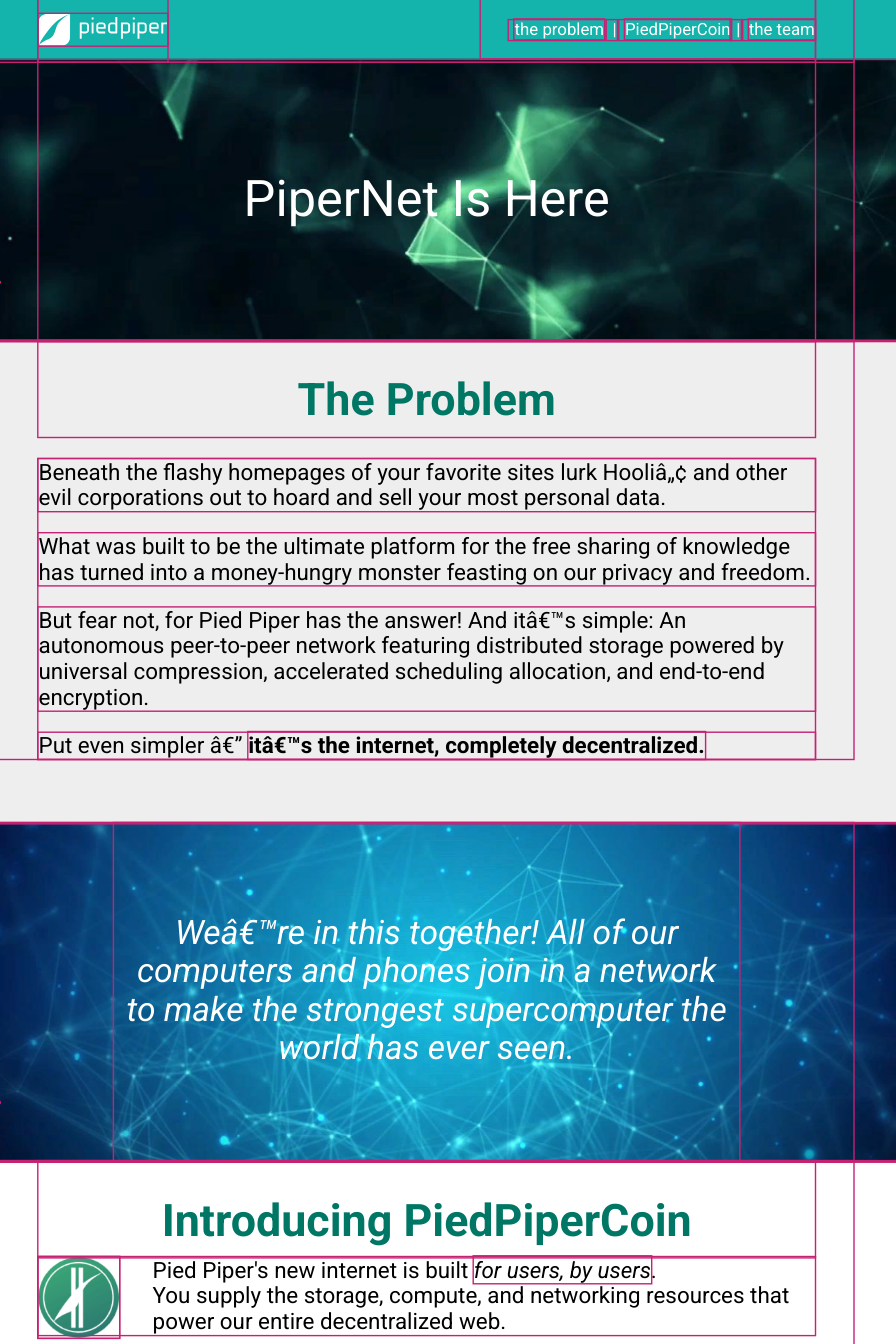
Repository: armus503/Pip_Piper
Page: Pip_Piper.html
The author's editor kept a copy of each file at every save. The page is drawn from the files as they stood at one save, then again after the next save.
The browser window is 1280 px wide. The pictures show the part of the page from y = 0 to 1920 px (the page is 3271 px tall), at 70% of full size.

Above is the page before, as saved 2021-07-21 00:33:25.

### Pip_Piper.html
<!DOCTYPE html>
<html lang="en">

<head>
    <link rel="preconnect" href="https://fonts.gstatic.com">
    <link href="https://fonts.googleapis.com/css2?family=Roboto:ital,wght@0,100;0,300;0,400;0,500;0,700;0,900;1,100;1,300;1,400;1,500;1,700;1,900&display=swap" rel="stylesheet">
    <link href="Pip_Piper.css" rel="stylesheet" type="text/css">
    <meta charset: "utf-8">
    <title>PiperNet Is Here</title>
</head>

<body>
    <header class="header">
        <div class="main-content">
            <nav class="header-nav">
                <a class="header__logo" href=""><img src="logo.svg" alt="PiperNet Is Here"></a>
                <ul class="header__list">
                    <li class="header__item">
                        <a href="#anchor-the_Problem" class="header__active">the problem</a>
                    </li>
                    <li class="header__item">|</li>
                    <li class="header__item">
                        <a href="#anchor-pied_Piper_Coin" class="header__active">PiedPiperCoin</a>
                        <li class="header__item">|</li>
                        <li class="header__item">
                            <a href="#anchor-the_Team" class="header__active">the team</a>
                        </li>
                    </li>
                </ul>
            </nav>
        </div>
    </header>
    <main class="main">
        <section id="anchor-logo" class="jumbotron">
            <div class="main-content">
                <div class="text-jumbotron">PiperNet Is Here</div>
            </div>
        </section>
        <div class="anchor">
            <a id="anchor-the_Problem" class="anchor__link"></a>
        </div>
        <section class="the_Problem">
            <div class="main-content">
                <h2 class="title-the_Problem">The Problem</h2>
                <div class="text-the_Problem">
                    <p>Beneath the flashy homepages of your favorite sites lurk Hooli™ and other evil corporations out to hoard and sell your most personal data.</p>
                    <p>What was built to be the ultimate platform for the free sharing of knowledge has turned into a money-hungry monster feasting on our privacy and freedom.</p>
                    <p>But fear not, for Pied Piper has the answer! And it’s simple: An autonomous peer-to-peer network featuring distributed storage powered by universal compression, accelerated scheduling allocation, and end-to-end encryption.</p>
                    <p>Put even simpler — <strong>it’s the internet, completely decentralized.</strong></p>
                </div>
            </div>
        </section>
        <section class="hero">
            <div class="main-content">
                <div class="text-hero">We’re in this together! All of our</br> computers and phones join in a network</br> to make the strongest supercomputer the world has ever seen.</div>
            </div>
        </section>
        <div class="anchor">
            <a id="anchor-pied_Piper_Coin" class="anchor__link"></a>
        </div>
        <section class="pied_Piper_Coin">
            <div class="main-content">
                <h2 class="title-pied_Piper_Coin">Introducing PiedPiperCoin</h2>
                <a href="#anchor-logo" class="pied_Piper_Coin__logo__link">
                    <img src="PPC Logo.png" class="pied_Piper_Coin__logo__img" alt="PPC Logo">
                </a>
                <div class="paragraph_1-pied_Piper_Coin">Pied Piper's new internet is built <i>for users, by users</i>.</br> You supply the storage, compute, and networking resources that power our entire decentralized web.</div>
                <div class="paragraph_2-pied_Piper_Coin">
                    <p>Now there's a way to give credit where credit is due. Compute credit, that is! The more you share your device resources, the more PiedPiperCoin you receive.</p>
                    <p>Whether you're a developer with an app ready for market, or just an Average Joe with a smartphone you'll love all you can do with PiedPiperCoin.</p>
                </div>
            </div>
        </section>
        <div class="anchor">
            <a id="anchor-the_Team" class="anchor__link"></a>
        </div>
        <section class="the_Team">
            <div class="main-content">
                <h2 class="the_Team__header">The Team</h2>
                <div class="block-card-the_Team">
                    <div class="card-the_Team__Richard_Hendrics card-the_Team">
                        <div class="card-the_Team__icon">
                            <img src="Richard_Hendrics.png">
                        </div>
                        <div class="card-the_Team__name">Richard Hendricks</div>
                        <div class="card-the_Team__post">Founder & CEO</div>
                    </div>
                    <div class="card-the_Team__Dinesh_Chugtai card-the_Team">
                        <div class="card-the_Team__icon">
                            <img src="Dinesh_Chugtai.png">
                        </div>
                        <div class="card-the_Team__name">Dinesh Chugtai</div>
                        <div class="card-the_Team__post">Senior Programmer</div>
                    </div>
                    <div class="card-the_Team__Bertram_Gilfoyle card-the_Team">
                        <div class="card-the_Team__icon">
                            <img src="Bertram_Gilfoyle.png">
                        </div>
                        <div class="card-the_Team__name">Bertram Gilfoyle</div>
                        <div class="card-the_Team__post">Chief Systems Architect</div>
                    </div>
                    <div class="card-the_Team__Jared_Dunn card-the_Team">
                        <div class="card-the_Team__icon">
                            <img src="Jared_Dunn.png">
                        </div>
                        <div class="card-the_Team__name">Jared Dunn</div>
                        <div class="card-the_Team__post">Chief Operating Officer</div>
                    </div>
                    <div class="card-the_Team__Monica_Hall card-the_Team">
                        <div class="card-the_Team__icon">
                            <img src="Monica_Hall.png">
                        </div>
                        <div class="card-the_Team__name">Monica Hall</div>
                        <div class="card-the_Team__post">Chief Financial Officer</div>
                    </div>
                    <div class="card-the_Team__Nelson_Bighetti card-the_Team">
                        <div class="card-the_Team__icon">
                            <img src="Nelson_Bighetti.png">
                        </div>
                        <div class="card-the_Team__name">Nelson Bighetti</div>
                        <div class="card-the_Team__post">Majority Investor</div>
                    </div>
                </div>
        </section>
        </div>
    </main>
    <footer class="footer">
        <div class="main-content">
            <div class="text-footer">All other trademarks and copyrights are the property of their respective owners. Use of these names, trademarks and brands does not imply endorsement.</div>
        </div>
    </footer>
    </div>
</body>

### Pip_Piper.css
/*! normalize.css v8.0.1 | MIT License | github.com/necolas/normalize.css */


/* Document
   ========================================================================== */


/**
 * 1. Correct the line height in all browsers.
 * 2. Prevent adjustments of font size after orientation changes in iOS.
 */

html {
    line-height: 1.15;
    /* 1 */
    -webkit-text-size-adjust: 100%;
    /* 2 */
}


/* Sections
     ========================================================================== */


/**
   * Remove the margin in all browsers.
   */

body {
    margin: 0;
}


/**
   * Render the `main` element consistently in IE.
   */

main {
    display: block;
}


/**
   * Correct the font size and margin on `h1` elements within `section` and
   * `article` contexts in Chrome, Firefox, and Safari.
   */

h1 {
    font-size: 2em;
    margin: 0.67em 0;
}


/* Grouping content
     ========================================================================== */


/**
   * 1. Add the correct box sizing in Firefox.
   * 2. Show the overflow in Edge and IE.
   */

hr {
    box-sizing: content-box;
    /* 1 */
    height: 0;
    /* 1 */
    overflow: visible;
    /* 2 */
}


/**
   * 1. Correct the inheritance and scaling of font size in all browsers.
   * 2. Correct the odd `em` font sizing in all browsers.
   */

pre {
    font-family: monospace, monospace;
    /* 1 */
    font-size: 1em;
    /* 2 */
}


/* Text-level semantics
     ========================================================================== */


/**
   * Remove the gray background on active links in IE 10.
   */

a {
    background-color: transparent;
}


/**
   * 1. Remove the bottom border in Chrome 57-
   * 2. Add the correct text decoration in Chrome, Edge, IE, Opera, and Safari.
   */

abbr[title] {
    border-bottom: none;
    /* 1 */
    text-decoration: underline;
    /* 2 */
    text-decoration: underline dotted;
    /* 2 */
}


/**
   * Add the correct font weight in Chrome, Edge, and Safari.
   */

b,
strong {
    font-weight: bolder;
}


/**
   * 1. Correct the inheritance and scaling of font size in all browsers.
   * 2. Correct the odd `em` font sizing in all browsers.
   */

code,
kbd,
samp {
    font-family: monospace, monospace;
    /* 1 */
    font-size: 1em;
    /* 2 */
}


/**
   * Add the correct font size in all browsers.
   */

small {
    font-size: 80%;
}


/**
   * Prevent `sub` and `sup` elements from affecting the line height in
   * all browsers.
   */

sub,
sup {
    font-size: 75%;
    line-height: 0;
    position: relative;
    vertical-align: baseline;
}

sub {
    bottom: -0.25em;
}

sup {
    top: -0.5em;
}


/* Embedded content
     ========================================================================== */


/**
   * Remove the border on images inside links in IE 10.
   */

img {
    border-style: none;
}


/* Forms
     ========================================================================== */


/**
   * 1. Change the font styles in all browsers.
   * 2. Remove the margin in Firefox and Safari.
   */

button,
input,
optgroup,
select,
textarea {
    font-family: inherit;
    /* 1 */
    font-size: 100%;
    /* 1 */
    line-height: 1.15;
    /* 1 */
    margin: 0;
    /* 2 */
}


/**
   * Show the overflow in IE.
   * 1. Show the overflow in Edge.
   */

button,
input {
    /* 1 */
    overflow: visible;
}


/**
   * Remove the inheritance of text transform in Edge, Firefox, and IE.
   * 1. Remove the inheritance of text transform in Firefox.
   */

button,
select {
    /* 1 */
    text-transform: none;
}


/**
   * Correct the inability to style clickable types in iOS and Safari.
   */

button,
[type="button"],
[type="reset"],
[type="submit"] {
    -webkit-appearance: button;
}


/**
   * Remove the inner border and padding in Firefox.
   */

button::-moz-focus-inner,
[type="button"]::-moz-focus-inner,
[type="reset"]::-moz-focus-inner,
[type="submit"]::-moz-focus-inner {
    border-style: none;
    padding: 0;
}


/**
   * Restore the focus styles unset by the previous rule.
   */

button:-moz-focusring,
[type="button"]:-moz-focusring,
[type="reset"]:-moz-focusring,
[type="submit"]:-moz-focusring {
    outline: 1px dotted ButtonText;
}


/**
   * Correct the padding in Firefox.
   */

fieldset {
    padding: 0.35em 0.75em 0.625em;
}


/**
   * 1. Correct the text wrapping in Edge and IE.
   * 2. Correct the color inheritance from `fieldset` elements in IE.
   * 3. Remove the padding so developers are not caught out when they zero out
   *    `fieldset` elements in all browsers.
   */

legend {
    box-sizing: border-box;
    /* 1 */
    color: inherit;
    /* 2 */
    display: table;
    /* 1 */
    max-width: 100%;
    /* 1 */
    padding: 0;
    /* 3 */
    white-space: normal;
    /* 1 */
}


/**
   * Add the correct vertical alignment in Chrome, Firefox, and Opera.
   */

progress {
    vertical-align: baseline;
}


/**
   * Remove the default vertical scrollbar in IE 10+.
   */

textarea {
    overflow: auto;
}


/**
   * 1. Add the correct box sizing in IE 10.
   * 2. Remove the padding in IE 10.
   */

[type="checkbox"],
[type="radio"] {
    box-sizing: border-box;
    /* 1 */
    padding: 0;
    /* 2 */
}


/**
   * Correct the cursor style of increment and decrement buttons in Chrome.
   */

[type="number"]::-webkit-inner-spin-button,
[type="number"]::-webkit-outer-spin-button {
    height: auto;
}


/**
   * 1. Correct the odd appearance in Chrome and Safari.
   * 2. Correct the outline style in Safari.
   */

[type="search"] {
    -webkit-appearance: textfield;
    /* 1 */
    outline-offset: -2px;
    /* 2 */
}


/**
   * Remove the inner padding in Chrome and Safari on macOS.
   */

[type="search"]::-webkit-search-decoration {
    -webkit-appearance: none;
}


/**
   * 1. Correct the inability to style clickable types in iOS and Safari.
   * 2. Change font properties to `inherit` in Safari.
   */

::-webkit-file-upload-button {
    -webkit-appearance: button;
    /* 1 */
    font: inherit;
    /* 2 */
}


/* Interactive
     ========================================================================== */


/*
   * Add the correct display in Edge, IE 10+, and Firefox.
   */

details {
    display: block;
}


/*
   * Add the correct display in all browsers.
   */

summary {
    display: list-item;
}


/* Misc
     ========================================================================== */


/**
   * Add the correct display in IE 10+.
   */

template {
    display: none;
}


/**
   * Add the correct display in IE 10.
   */

[hidden] {
    display: none;
}


/*My styles*/

.body {
    font-family: 'Roboto', sans-serif;
    font-size: 32px;
    line-height: 1.2;
    font-weight: regular;
    color: #000000;
    background-size: cover;
    background-position: center center;
    box-sizing: border-box;
    margin: 0, auto;
    width: 100%;
}

.main {
    background-size: cover;
    background-position: center center;
    margin: 0, auto;
    box-sizing: border-box;
    width: 100%;
}

.main-content {
    width: 1219px;
    padding-left: 55px;
    padding-right: 55px;
    background-size: cover;
    background-position: center center;
    margin: 0, auto;
    box-sizing: border-box;
}

.anchor {
    position: relative;
}

.anchor__link {
    position: absolute;
    display: block;
    top: -84px;
}


/*header styles start*/

.header {
    font-family: 'Roboto', sans-serif;
    background-color: #14b3ab;
    position: fixed;
    height: 84px;
    width: 100%;
    font-style: medium;
}

.header__logo {
    display: inline-block;
    padding-top: 20px;
    padding-bottom: 19px;
    margin: 0, auto;
}

.header-nav {
    display: inline-block;
    width: 1109px;
}

.header__list {
    display: inline-block;
    float: right;
    padding-top: 29px;
    padding-bottom: 26px;
    margin: 0;
}

.header__item {
    list-style-type: none;
    display: inline-block;
    font-size: 24px;
    color: white;
    font-weight: medium;
    padding-left: 8px;
}

.header__active {
    text-decoration: none;
    color: white;
    font-weight: medium;
}


/*header styles end*/


/*section jumbotron styles start*/

.jumbotron {
    background-image: url("image(1).png");
    background-size: auto 100%;
    background-position: center center;
    margin: 0, auto;
    box-sizing: border-box;
    font-family: 'Roboto', sans-serif;
    min-width: 100%;
}

.text-jumbotron {
    color: #ffffff;
    font-weight: medium;
    font-size: 72px;
    text-align: center;
    padding-top: 244px;
    padding-bottom: 160px;
    max-width: 1219px;
}


/*section jumbotron styles end*/


/*div the problem styles start*/

.the_Problem {
    font-family: 'Roboto', sans-serif;
    background-color: #eeeeee;
    box-sizing: border-box;
    background-size: cover;
    background-position: center center;
    padding-bottom: 1px;
    margin: auto;
}

.title-the_Problem {
    font-weight: medium;
    font-size: 64px;
    color: #007765;
    text-align: center;
    padding: 48px 0px 16px 0px;
    margin: auto;
}

.text-the_Problem {
    font-weight: regular;
    font-size: 32px;
    color: #000000;
    margin-bottom: 91px;
}


/*div the problem styles end*/


/*div hero styles start*/

.hero {
    font-family: 'Roboto', sans-serif;
    background-image: url("image.png");
    background-size: cover;
    background-position: center center;
    margin: 0, auto;
    max-width: 100%;
    box-sizing: border-box;
}

.text-hero {
    font-weight: medium;
    font-style: italic;
    font-size: 48px;
    color: #ffffff;
    text-align: center;
    width: 893px;
    height: 228px;
    padding-top: 128px;
    padding-bottom: 127px;
    margin: auto;
}


/*div hero styles end*/


/*div ppc styles start*/

.pied_Piper_Coin {
    font-family: 'Roboto', sans-serif;
    background-size: cover;
    background-position: center center;
    margin: auto;
}

.title-pied_Piper_Coin {
    font-weight: medium;
    font-size: 64px;
    color: #007765;
    text-align: center;
    padding: 48px 0px 16px 0px;
    margin: auto;
}

.paragraph_1-pied_Piper_Coin {
    font-weight: regular;
    font-size: 32px;
    color: #000000;
    text-align: left;
    margin-bottom: 40px;
}

.paragraph_2-pied_Piper_Coin {
    font-weight: regular;
    font-size: 32px;
    color: #000000;
    text-align: left;
    margin-bottom: 92px;
}

.pied_Piper_Coin__logo__img {
    float: left;
    margin-right: 48px;
    margin-bottom: 33px;
    width: 115px;
    height: 115px;
}


/*div ppc styles end*/


/*div theTeam styles start*/

.the_Team {
    background-size: cover;
    background-position: center center;
    box-sizing: border-box;
    font-family: 'Roboto', sans-serif;
    background-color: #eeeeee;
    padding-bottom: 1px;
    margin: auto;
}

.the_Team__header {
    font-weight: medium;
    font-size: 64px;
    color: #007765;
    text-align: center;
    padding: 48px 0px 32px 0px;
    margin-bottom: 32px;
    margin: auto;
}

.card-the_Team {
    display: inline-block;
    padding-bottom: 28px;
    margin: 0, auto;
    box-sizing: border-box;
}

.card-the_Team__Richard_Hendrics,
.card-the_Team__Dinesh_Chugtai {
    display: inline-block;
    margin-bottom: 30px;
    margin-right: 25px;
}

.card-the_Team__Bertram_Gilfoyle {
    display: inline-block;
    margin-bottom: 30px;
}

.card-the_Team__Jared_Dunn,
.card-the_Team__Monica_Hall {
    display: inline-block;
    margin-right: 25px;
}

.card-the_Team__Nelson_Bighetti {
    display: inline-block;
}

.card-the_Team__icon {
    width: 168px;
    height: 168px;
    margin: auto;
    padding: 24px 91px 14px 91px;
}

.card-the_Team__name {
    font-weight: bold;
    font-size: 24px;
    color: #007765;
    text-align: center;
}

.card-the_Team__post {
    font-style: italic;
    font-size: 18px;
    color: #000000;
    text-align: center;
    margin: 0px;
}

.block-card-the_Team {
    margin-bottom: 93px;
}


/*div the_team styles end*/


/*footer styles start*/

.footer {
    font-family: 'Roboto', sans-serif;
    background-color: #333333;
    margin: 0, auto;
    padding-top: 50px;
    padding-bottom: 1px;
    box-sizing: border-box;
    width: 100%;
}

.text-footer {
    font-weight: regular;
    font-size: 18px;
    color: #ffffff;
    text-align: center;
    max-width: 540px;
    margin: auto;
    margin-bottom: 61px;
}


/*footer styles end*/

* {
    outline: 2px solid rgb(197, 34, 116);
}

After the next save:
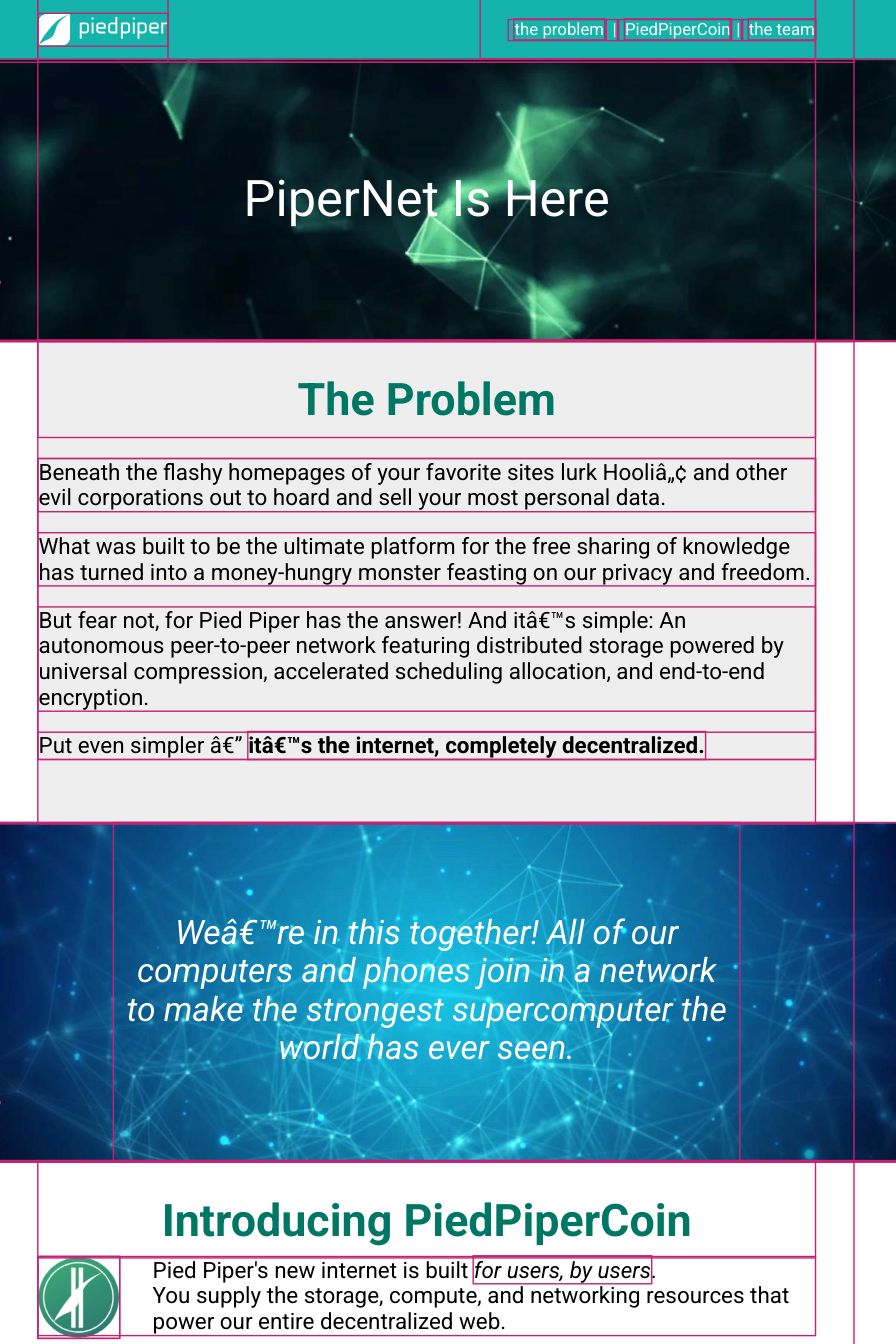
Saved 40 s later.
--- a/Pip_Piper.html
+++ b/Pip_Piper.html
@@ -39,8 +39,9 @@
         <div class="anchor">
             <a id="anchor-the_Problem" class="anchor__link"></a>
         </div>
-        <section class="the_Problem">
-            <div class="main-content">
+        <div class="main-content">
+            <section class="the_Problem">
+
                 <h2 class="title-the_Problem">The Problem</h2>
                 <div class="text-the_Problem">
                     <p>Beneath the flashy homepages of your favorite sites lurk Hooli™ and other evil corporations out to hoard and sell your most personal data.</p>
@@ -48,8 +49,9 @@
                     <p>But fear not, for Pied Piper has the answer! And it’s simple: An autonomous peer-to-peer network featuring distributed storage powered by universal compression, accelerated scheduling allocation, and end-to-end encryption.</p>
                     <p>Put even simpler — <strong>it’s the internet, completely decentralized.</strong></p>
                 </div>
-            </div>
-        </section>
+
+            </section>
+        </div>
         <section class="hero">
             <div class="main-content">
                 <div class="text-hero">We’re in this together! All of our</br> computers and phones join in a network</br> to make the strongest supercomputer the world has ever seen.</div>
